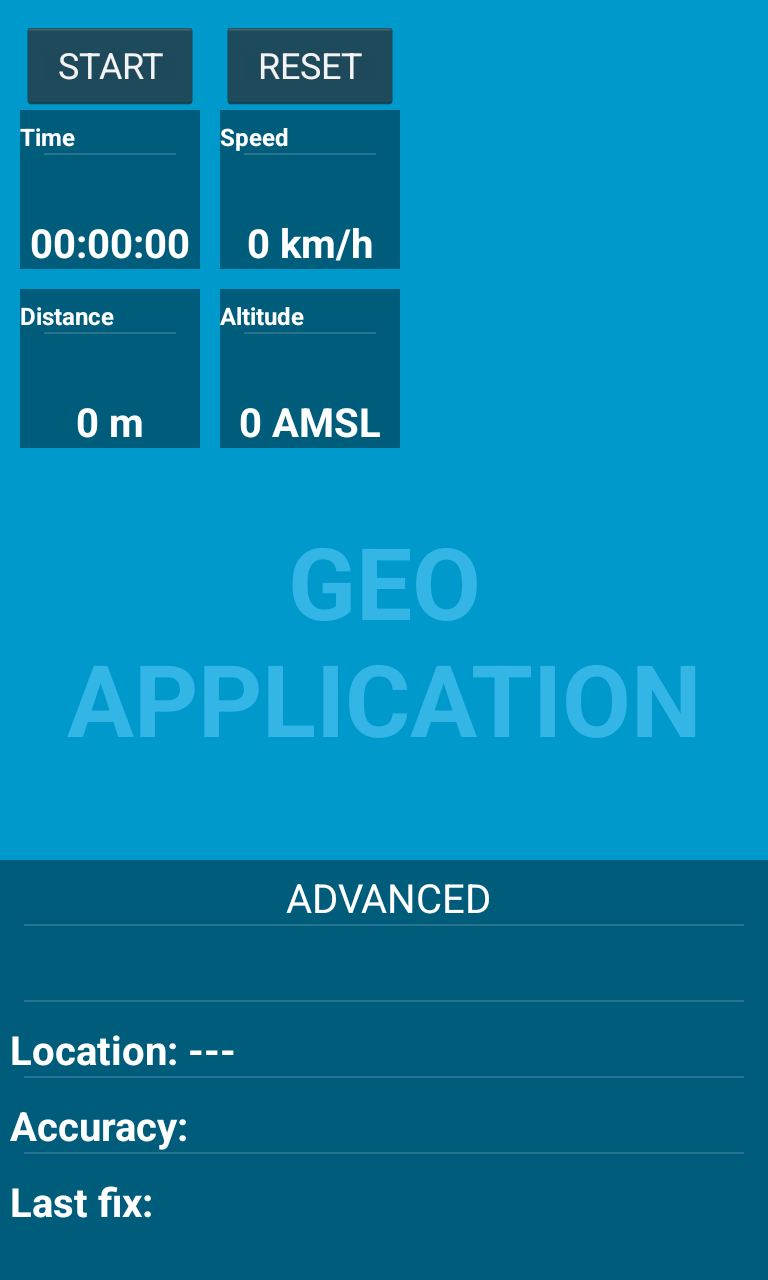
Repository: sebastianR1001/GeoApplication
Layout: GeoApplication/res/layout/activity_fullscreen.xml
These files come from the project's save history. The layout is drawn as it stood at one moment and after the next save; the edit follows.
It is drawn on a 768 x 1280 px phone screen (xhdpi) without system bars, with theme FullscreenTheme; the app's code is not run.

Above is the layout before, as saved 2014-10-24 18:16:51.

After the next save:
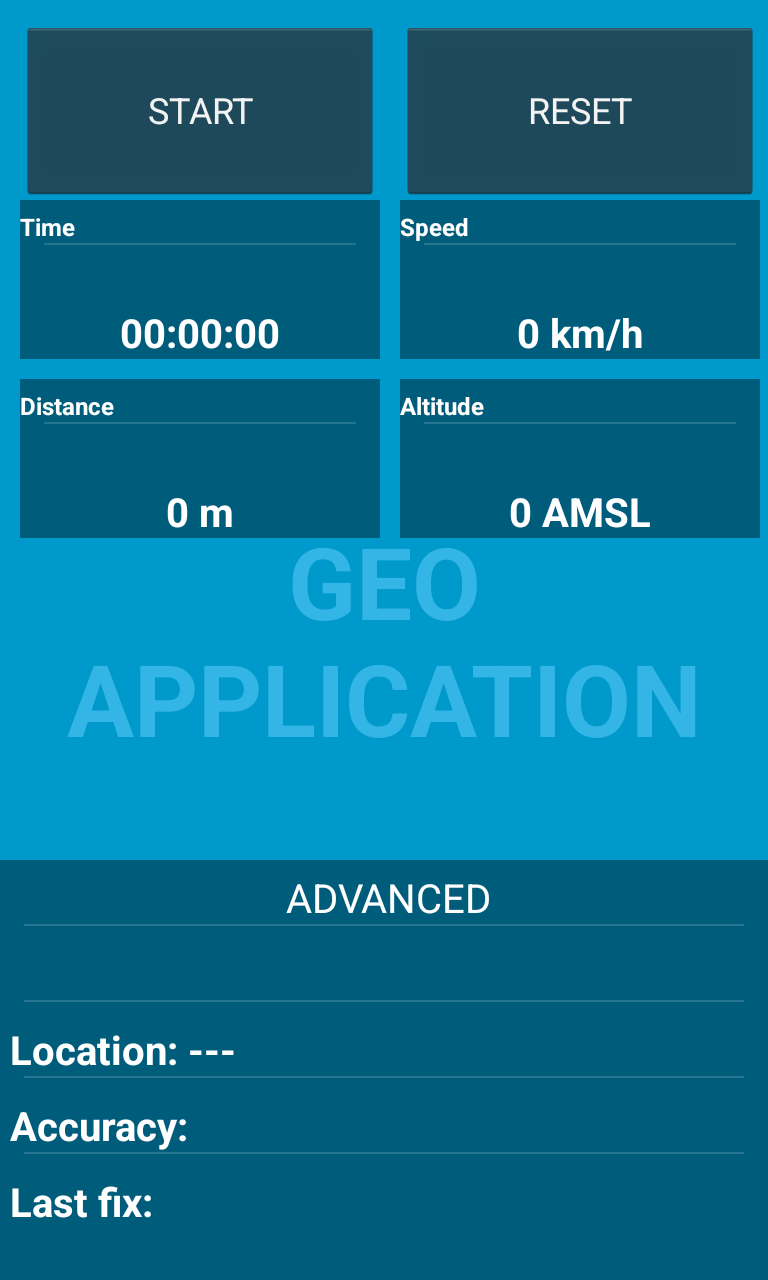
Saved 68 s later.
--- a/GeoApplication/res/layout/activity_fullscreen.xml
+++ b/GeoApplication/res/layout/activity_fullscreen.xml
@@ -36,14 +36,14 @@
 
             <Button
 		        android:id="@+id/startButton"
-		        android:layout_width="90dp"
-		        android:layout_height="45dp"
+		        android:layout_width="180dp"
+		        android:layout_height="90dp"
 		        android:text="@string/startButton" />
 
 		     <Button
 		        android:id="@+id/resetButton"
-		        android:layout_width="90dp"
-		        android:layout_height="45dp"
+		        android:layout_width="180dp"
+		        android:layout_height="90dp"
 		        android:layout_marginLeft="10dp"
 		        android:text="@string/resetButton" />
 
